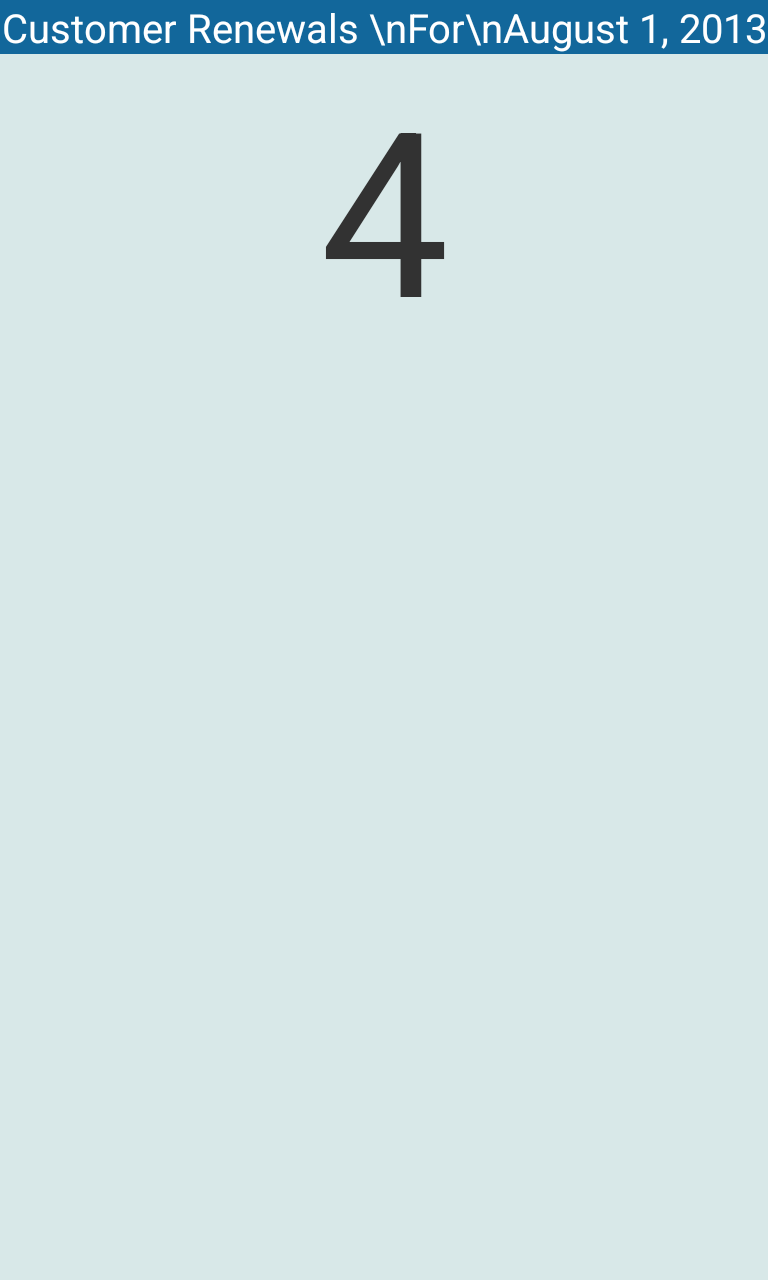
Repository: jemcphe/XCell
Layout: XCell/res/layout/frag_renewals.xml
An editor plug-in stored every save of this project. The layout is shown before and after the next save, followed by the edit.
It is drawn on a 768 x 1280 px phone screen (xhdpi) without system bars, with theme Theme.Xcell; the app's code is not run.

Above is the layout before, as saved 2013-08-15 16:09:26.

### XCell/res/layout/frag_renewals.xml
<?xml version="1.0" encoding="utf-8"?>
<LinearLayout xmlns:android="http://schemas.android.com/apk/res/android"
    android:id="@+id/frag_renewals"
    android:layout_width="match_parent"
    android:layout_height="match_parent"
    android:background="@color/background_xcell"
    android:orientation="vertical" >

    <TextView
        android:layout_width="fill_parent"
        android:layout_height="wrap_content"
        android:gravity="center"
        android:text="Customer Renewals \nFor\nAugust 1, 2013"
        android:textSize="20sp"
        android:textColor="#fff"
        android:background="@color/xcell_blue"/>

    <TextView
        android:layout_width="fill_parent"
        android:layout_height="wrap_content"
        android:gravity="center"
        android:textSize="115sp"
        android:text="4" />

</LinearLayout>

### XCell/res/values/styles_xcell.xml
<?xml version="1.0" encoding="utf-8"?>

<resources>

    <style name="Theme.Xcell" parent="@android:style/Theme.Holo.Light">
        <item name="android:actionBarItemBackground">@drawable/selectable_background_xcell</item>
        <item name="android:popupMenuStyle">@style/PopupMenu.Xcell</item>
        <item name="android:dropDownListViewStyle">@style/DropDownListView.Xcell</item>
        <item name="android:actionBarTabStyle">@style/ActionBarTabStyle.Xcell</item>
        <item name="android:actionDropDownStyle">@style/DropDownNav.Xcell</item>
        <item name="android:actionBarStyle">@style/ActionBar.Solid.Xcell</item>
        <item name="android:actionModeBackground">@drawable/cab_background_top_xcell</item>
        <item name="android:actionModeSplitBackground">@drawable/cab_background_bottom_xcell</item>
        <item name="android:actionModeCloseButtonStyle">@style/ActionButton.CloseMode.Xcell</item>


    </style>

    <style name="ActionBar.Solid.Xcell" parent="@android:style/Widget.Holo.Light.ActionBar.Solid">
        <item name="android:background">@drawable/ab_background_textured_xcell</item>
        <item name="android:backgroundStacked">@drawable/ab_stacked_solid_xcell</item>
        <item name="android:backgroundSplit">@drawable/ab_background_textured_xcell</item>
        <item name="android:progressBarStyle">@style/ProgressBar.Xcell</item>
    </style>

    <style name="ActionBar.Transparent.Xcell" parent="@android:style/Widget.Holo.Light.ActionBar">
        <item name="android:background">@drawable/ab_transparent_xcell</item>
        <item name="android:progressBarStyle">@style/ProgressBar.Xcell</item>
    </style>

    <style name="PopupMenu.Xcell" parent="@android:style/Widget.Holo.Light.ListPopupWindow">
        <item name="android:popupBackground">@drawable/menu_dropdown_panel_xcell</item>
    </style>

    <style name="DropDownListView.Xcell" parent="@android:style/Widget.Holo.Light.ListView.DropDown">
        <item name="android:listSelector">@drawable/selectable_background_xcell</item>
    </style>

    <style name="ActionBarTabStyle.Xcell" parent="@android:style/Widget.Holo.Light.ActionBar.TabView">
        <item name="android:background">@drawable/tab_indicator_ab_xcell</item>
    </style>

    <style name="DropDownNav.Xcell" parent="@android:style/Widget.Holo.Light.Spinner">
        <item name="android:background">@drawable/spinner_background_ab_xcell</item>
        <item name="android:popupBackground">@drawable/menu_dropdown_panel_xcell</item>
        <item name="android:dropDownSelector">@drawable/selectable_background_xcell</item>
    </style>

    <style name="ProgressBar.Xcell" parent="@android:style/Widget.Holo.Light.ProgressBar.Horizontal">
        <item name="android:progressDrawable">@drawable/progress_horizontal_xcell</item>
    </style>

    <style name="ActionButton.CloseMode.Xcell" parent="@android:style/Widget.Holo.Light.ActionButton.CloseMode">
        <item name="android:background">@drawable/btn_cab_done_xcell</item>
    </style>

    <!-- this style is only referenced in a Light.DarkActionBar based theme -->
    <style name="Theme.Xcell.Widget" parent="@android:style/Theme.Holo">
        <item name="android:popupMenuStyle">@style/PopupMenu.Xcell</item>
        <item name="android:dropDownListViewStyle">@style/DropDownListView.Xcell</item>
    </style>

</resources>

### XCell/res/drawable/selectable_background_xcell.xml
<?xml version="1.0" encoding="utf-8"?>
<!-- File created by the Android Action Bar Style Generator

     Copyright (C) 2011 The Android Open Source Project
     Copyright (C) 2012 readyState Software Ltd

     Licensed under the Apache License, Version 2.0 (the "License");
     you may not use this file except in compliance with the License.
     You may obtain a copy of the License at

          http://www.apache.org/licenses/LICENSE-2.0

     Unless required by applicable law or agreed to in writing, software
     distributed under the License is distributed on an "AS IS" BASIS,
     WITHOUT WARRANTIES OR CONDITIONS OF ANY KIND, either express or implied.
     See the License for the specific language governing permissions and
     limitations under the License.
-->

<selector xmlns:android="http://schemas.android.com/apk/res/android"
        android:exitFadeDuration="@android:integer/config_mediumAnimTime" >
    <item android:state_pressed="false" android:state_focused="true" android:drawable="@drawable/list_focused_xcell" />
    <item android:state_pressed="true" android:drawable="@drawable/pressed_background_xcell" />
    <item android:drawable="@android:color/transparent" />
</selector>

### XCell/res/drawable/btn_cab_done_xcell.xml
<?xml version="1.0" encoding="utf-8"?>
<!-- File created by the Android Action Bar Style Generator

     Copyright (C) 2011 The Android Open Source Project
     Copyright (C) 2012 readyState Software Ltd

     Licensed under the Apache License, Version 2.0 (the "License");
     you may not use this file except in compliance with the License.
     You may obtain a copy of the License at

          http://www.apache.org/licenses/LICENSE-2.0

     Unless required by applicable law or agreed to in writing, software
     distributed under the License is distributed on an "AS IS" BASIS,
     WITHOUT WARRANTIES OR CONDITIONS OF ANY KIND, either express or implied.
     See the License for the specific language governing permissions and
     limitations under the License.
-->

<selector xmlns:android="http://schemas.android.com/apk/res/android">
    <item android:state_pressed="true"
        android:drawable="@drawable/btn_cab_done_pressed_xcell" />
    <item android:state_focused="true" android:state_enabled="true"
        android:drawable="@drawable/btn_cab_done_focused_xcell" />
    <item android:state_enabled="true"
        android:drawable="@drawable/btn_cab_done_default_xcell" />
</selector>

### XCell/res/drawable/ab_background_textured_xcell.xml
<?xml version="1.0" encoding="utf-8"?>
<!-- File created by the Android Action Bar Style Generator

     Copyright (C) 2012 readyState Software Ltd

     Licensed under the Apache License, Version 2.0 (the "License");
     you may not use this file except in compliance with the License.
     You may obtain a copy of the License at

          http://www.apache.org/licenses/LICENSE-2.0

     Unless required by applicable law or agreed to in writing, software
     distributed under the License is distributed on an "AS IS" BASIS,
     WITHOUT WARRANTIES OR CONDITIONS OF ANY KIND, either express or implied.
     See the License for the specific language governing permissions and
     limitations under the License.
-->

<bitmap xmlns:android="http://schemas.android.com/apk/res/android"
    android:src="@drawable/ab_texture_tile_xcell"
    android:tileMode="repeat" />

### XCell/res/drawable/progress_horizontal_xcell.xml
<?xml version="1.0" encoding="utf-8"?>
<!-- File created by the Android Action Bar Style Generator

     Copyright (C) 2011 The Android Open Source Project
     Copyright (C) 2012 readyState Software Ltd

     Licensed under the Apache License, Version 2.0 (the "License");
     you may not use this file except in compliance with the License.
     You may obtain a copy of the License at

          http://www.apache.org/licenses/LICENSE-2.0

     Unless required by applicable law or agreed to in writing, software
     distributed under the License is distributed on an "AS IS" BASIS,
     WITHOUT WARRANTIES OR CONDITIONS OF ANY KIND, either express or implied.
     See the License for the specific language governing permissions and
     limitations under the License.
-->

<layer-list xmlns:android="http://schemas.android.com/apk/res/android">

    <item android:id="@android:id/background"
          android:drawable="@drawable/progress_bg_xcell" />

    <item android:id="@android:id/secondaryProgress">
        <scale android:scaleWidth="100%"
               android:drawable="@drawable/progress_secondary_xcell" />
    </item>

    <item android:id="@android:id/progress">
        <scale android:scaleWidth="100%"
               android:drawable="@drawable/progress_primary_xcell" />
    </item>

</layer-list>

### XCell/res/drawable/spinner_background_ab_xcell.xml
<?xml version="1.0" encoding="utf-8"?>
<!-- File created by the Android Action Bar Style Generator

     Copyright (C) 2011 The Android Open Source Project
     Copyright (C) 2012 readyState Software Ltd

     Licensed under the Apache License, Version 2.0 (the "License");
     you may not use this file except in compliance with the License.
     You may obtain a copy of the License at

          http://www.apache.org/licenses/LICENSE-2.0

     Unless required by applicable law or agreed to in writing, software
     distributed under the License is distributed on an "AS IS" BASIS,
     WITHOUT WARRANTIES OR CONDITIONS OF ANY KIND, either express or implied.
     See the License for the specific language governing permissions and
     limitations under the License.
-->

<selector xmlns:android="http://schemas.android.com/apk/res/android">
    <item android:state_enabled="false"
        android:drawable="@drawable/spinner_ab_disabled_xcell" />
    <item android:state_pressed="true"
        android:drawable="@drawable/spinner_ab_pressed_xcell" />
    <item android:state_pressed="false" android:state_focused="true"
        android:drawable="@drawable/spinner_ab_focused_xcell" />
    <item android:drawable="@drawable/spinner_ab_default_xcell" />
</selector>

### XCell/res/drawable/tab_indicator_ab_xcell.xml
<?xml version="1.0" encoding="utf-8"?>
<!-- File created by the Android Action Bar Style Generator

     Copyright (C) 2011 The Android Open Source Project
     Copyright (C) 2012 readyState Software Ltd

     Licensed under the Apache License, Version 2.0 (the "License");
     you may not use this file except in compliance with the License.
     You may obtain a copy of the License at

          http://www.apache.org/licenses/LICENSE-2.0

     Unless required by applicable law or agreed to in writing, software
     distributed under the License is distributed on an "AS IS" BASIS,
     WITHOUT WARRANTIES OR CONDITIONS OF ANY KIND, either express or implied.
     See the License for the specific language governing permissions and
     limitations under the License.
-->

<selector xmlns:android="http://schemas.android.com/apk/res/android">
    <!-- Non focused states -->
    <item android:state_focused="false" android:state_selected="false" android:state_pressed="false" android:drawable="@android:color/transparent" />
    <item android:state_focused="false" android:state_selected="true"  android:state_pressed="false" android:drawable="@drawable/tab_selected_xcell" />

    <!-- Focused states -->
    <item android:state_focused="true" android:state_selected="false" android:state_pressed="false" android:drawable="@drawable/tab_unselected_focused_xcell" />
    <item android:state_focused="true" android:state_selected="true"  android:state_pressed="false" android:drawable="@drawable/tab_selected_focused_xcell" />

    <!-- Pressed -->
    <!--    Non focused states -->
    <item android:state_focused="false" android:state_selected="false" android:state_pressed="true" android:drawable="@drawable/tab_unselected_pressed_xcell" />
    <item android:state_focused="false" android:state_selected="true"  android:state_pressed="true" android:drawable="@drawable/tab_selected_pressed_xcell" />

    <!--    Focused states -->
    <item android:state_focused="true" android:state_selected="false" android:state_pressed="true" android:drawable="@drawable/tab_unselected_pressed_xcell" />
    <item android:state_focused="true" android:state_selected="true"  android:state_pressed="true" android:drawable="@drawable/tab_selected_pressed_xcell" />
</selector>

### XCell/res/drawable/pressed_background_xcell.xml
<?xml version="1.0" encoding="utf-8"?>
<!-- File created by the Android Action Bar Style Generator

     Copyright (C) 2011 The Android Open Source Project
     Copyright (C) 2012 readyState Software Ltd

     Licensed under the Apache License, Version 2.0 (the "License");
     you may not use this file except in compliance with the License.
     You may obtain a copy of the License at

          http://www.apache.org/licenses/LICENSE-2.0

     Unless required by applicable law or agreed to in writing, software
     distributed under the License is distributed on an "AS IS" BASIS,
     WITHOUT WARRANTIES OR CONDITIONS OF ANY KIND, either express or implied.
     See the License for the specific language governing permissions and
     limitations under the License.
-->

<shape xmlns:android="http://schemas.android.com/apk/res/android" android:shape="rectangle">
    <solid android:color="@color/pressed_xcell" />
</shape>

### XCell/res/values/colors_xcell.xml
<?xml version="1.0" encoding="utf-8"?>
<!-- File created by the Android Action Bar Style Generator

     Copyright (C) 2011 The Android Open Source Project
     Copyright (C) 2012 readyState Software Ltd

     Licensed under the Apache License, Version 2.0 (the "License");
     you may not use this file except in compliance with the License.
     You may obtain a copy of the License at

          http://www.apache.org/licenses/LICENSE-2.0

     Unless required by applicable law or agreed to in writing, software
     distributed under the License is distributed on an "AS IS" BASIS,
     WITHOUT WARRANTIES OR CONDITIONS OF ANY KIND, either express or implied.
     See the License for the specific language governing permissions and
     limitations under the License.
-->

<resources>
    <color name="pressed_xcell">#CC33B5E5</color>
    <color name="background_xcell">#d8e8e8</color>
    <color name="xcell_blue">#12679b</color>
</resources>

After the next save:
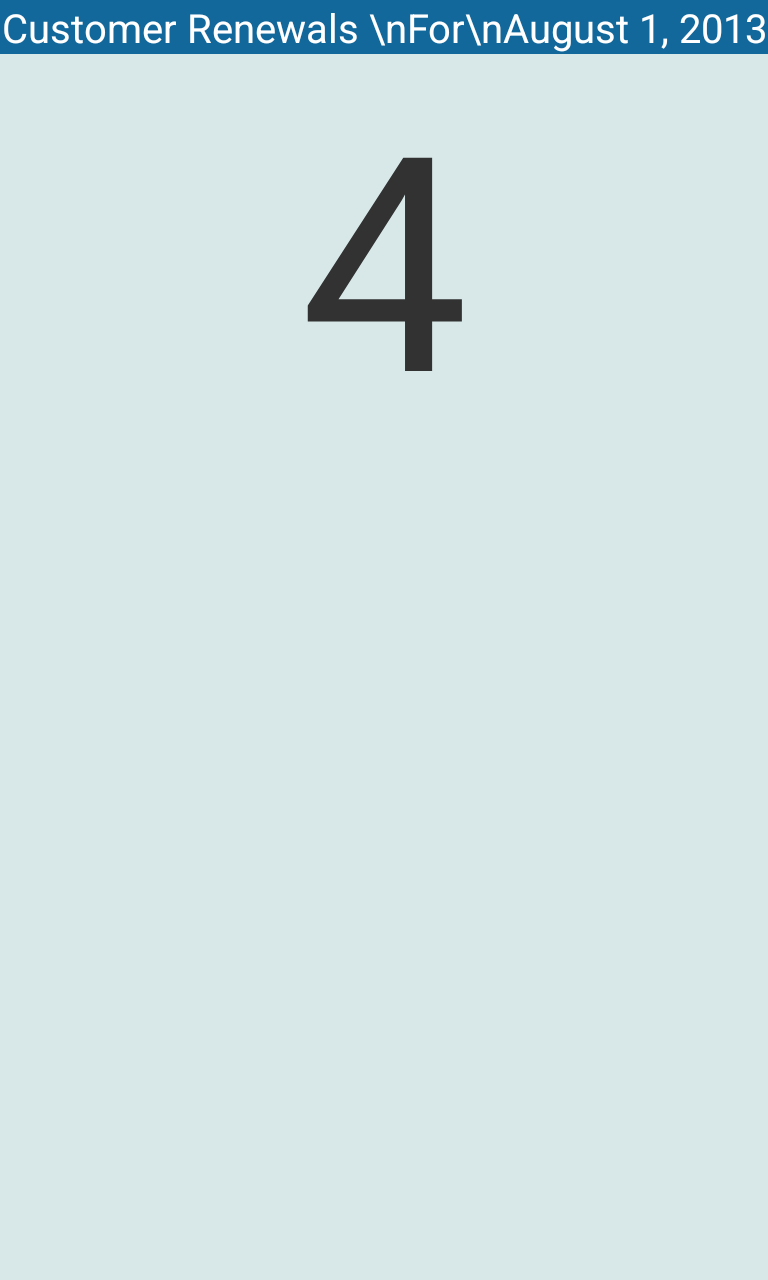
Saved 29 s later.
--- a/XCell/res/layout/frag_renewals.xml
+++ b/XCell/res/layout/frag_renewals.xml
@@ -19,7 +19,7 @@
         android:layout_width="fill_parent"
         android:layout_height="wrap_content"
         android:gravity="center"
-        android:textSize="115sp"
+        android:textSize="150sp"
         android:text="4" />
 
 </LinearLayout>
